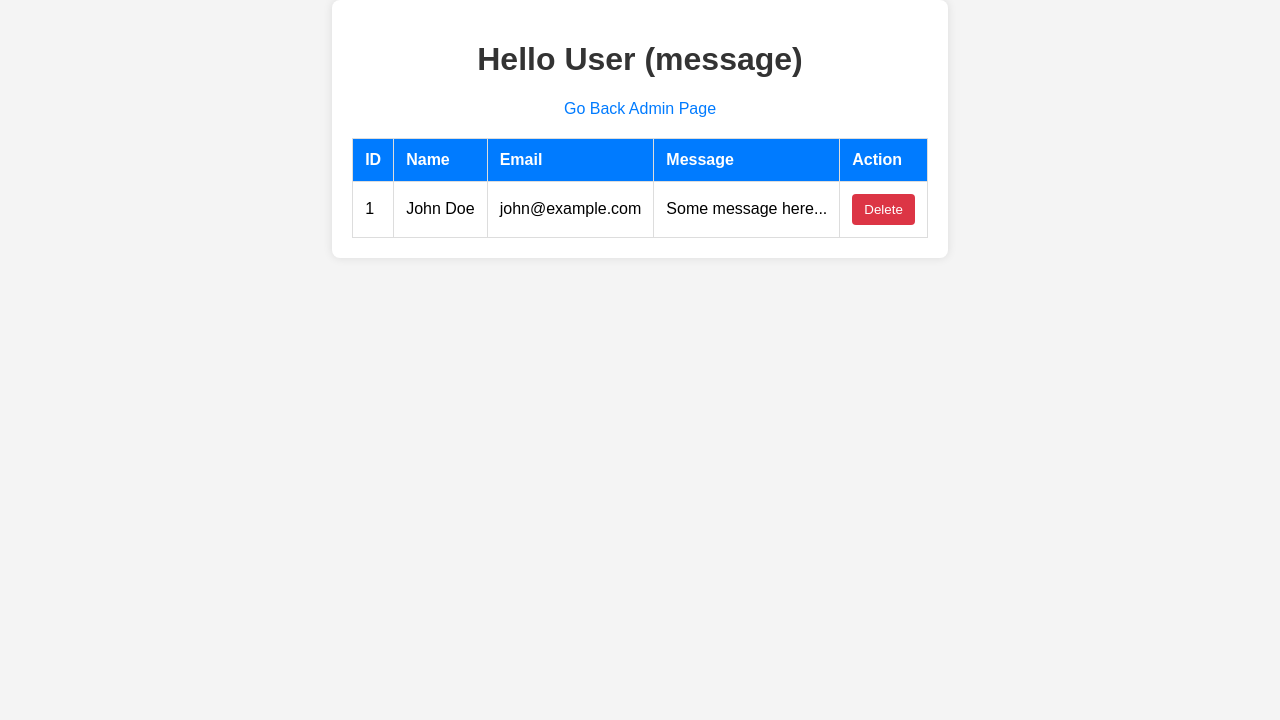
Repository: HAIDAR123654/CodeHuntMvcProject
Page: http://localhost/myportfolio/read-message.jsp
The author's editor kept a copy of each file at every save. The page is drawn from the files as they stood at one save, then again after the next save.
The browser window is 1280 px wide. The pictures show the whole page.
The page is served by Tomcat 9. The session is filled in as if someone had signed in: {"username": "testuser", "login": "testuser"}. Other server files are loaded and not shown.

Above is the page before, as saved 2024-01-26 18:00:57.

### myportfolio/src/main/webapp/read-message.jsp
<%@page import="tech.codehunt.pojo.MessagePojo"%>
<%@page import="java.util.ArrayList"%>
<%@page import="tech.codehunt.dao.MessageDaoImpl" %>

<%
   String data = (String)session.getAttribute("login");
  if(data==null){
	  response.sendRedirect("adminauth.jsp");
	  return;
  }
%>

<%@ page language="java" contentType="text/html; charset=ISO-8859-1"
    pageEncoding="ISO-8859-1"%>
<!DOCTYPE html>
<html lang="en">
<head>
    <meta charset="UTF-8">
    <meta name="viewport" content="width=device-width, initial-scale=1.0">
    <title>User Page</title>
    <style>
        body {
            font-family: Arial, sans-serif;
            background-color: #f4f4f4;
            margin: 0;
            padding: 0;
            display: flex;
            flex-direction: column;
            align-items: center;
            justify-content: flex-start;
            height: 100vh;
        }

        .container {
            text-align: center;
            padding: 20px;
            background-color: #fff;
            border-radius: 8px;
            box-shadow: 0 0 10px rgba(0, 0, 0, 0.1);
        }

        h1 {
            color: #333;
        }

        .back-link {
            color: #007bff;
            text-decoration: none;
            margin-bottom: 20px;
            display: block;
        }

        table {
            width: 100%;
            border-collapse: collapse;
            margin-top: 20px;
        }

        th, td {
            padding: 12px;
            border: 1px solid #ddd;
            text-align: left;
        }

        th {
            background-color: #007bff;
            color: #fff;
        }

        td {
            background-color: #fff;
        }

        .delete-btn {
            background-color: #dc3545;
            color: #fff;
            border: none;
            padding: 8px 12px;
            cursor: pointer;
            border-radius: 4px;
        }

        .delete-btn:hover {
            background-color: #c82333;
        }
    </style>
</head>
<body>
    <div class="container">
        <h1>Hello User (message)</h1>
        <a class="back-link" href="#">Go Back Admin Page</a>

        <table>
            <thead>
                <tr>
                    <th>ID</th>
                    <th>Name</th>
                    <th>Email</th>
                    <th>Message</th>
                    <th>Action</th>
                </tr>
            </thead>
            <tbody>
                <tr>
                    <td>1</td>
                    <td>John Doe</td>
                    <td>john@example.com</td>
                    <td>Some message here...</td>
                    <td><button class="delete-btn">Delete</button></td>
                </tr>
                <!-- Add more rows as needed -->
            </tbody>
        </table>
    </div>
</body>
</html>

After the next save:
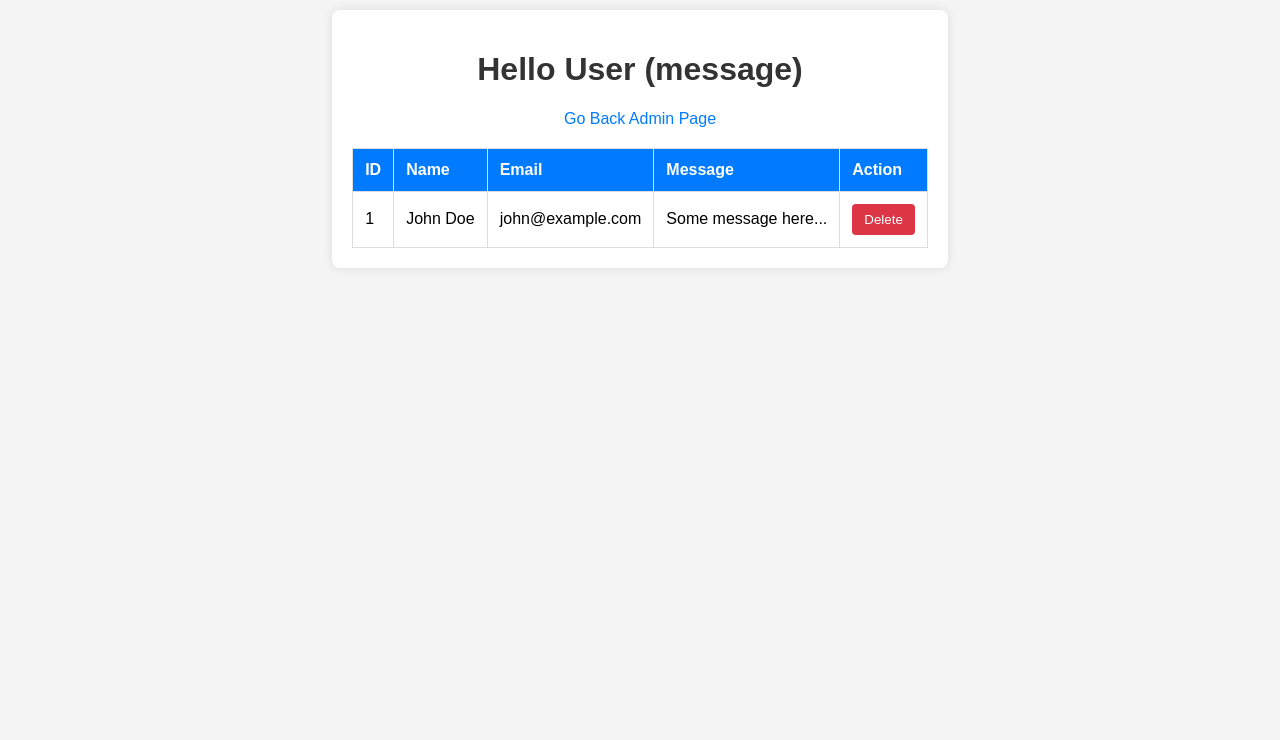
Saved 25 s later.
--- a/myportfolio/src/main/webapp/read-message.jsp
+++ b/myportfolio/src/main/webapp/read-message.jsp
@@ -23,7 +23,7 @@
             font-family: Arial, sans-serif;
             background-color: #f4f4f4;
             margin: 0;
-            padding: 0;
+            padding: 10px;
             display: flex;
             flex-direction: column;
             align-items: center;
